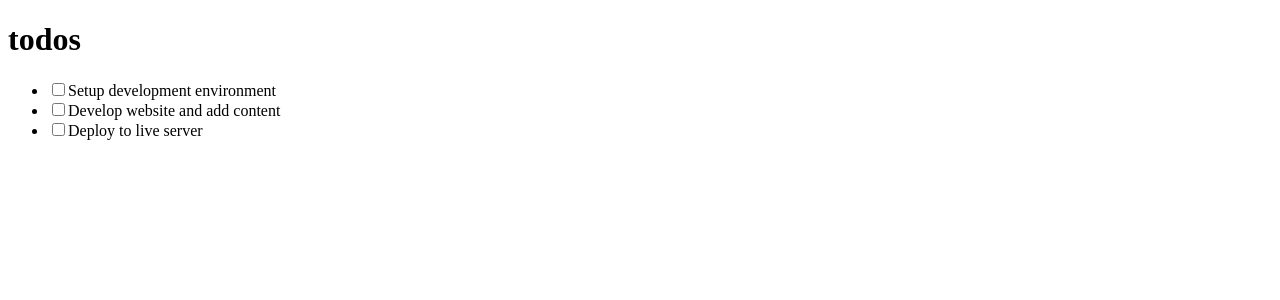
Repository: kennedyowusu/react-todo-app
Page: /
These files come from the project's save history. The page is drawn as it stood at one moment and after a run of saves; the edit follows.
The browser window is 1280 px wide. The pictures show the whole page.
The project was rebuilt for these pictures with package versions that can differ from the ones it lists, and the page was loaded fresh each time.

Above is the page before, as saved 2023-01-16 10:56:57.

### src/index.js
import React from 'react'
import ReactDOM from 'react-dom'
//component file
import TodoContainer from './components/TodoContainer'

ReactDOM.render(
  <React.StrictMode>
    <TodoContainer />
  </React.StrictMode>,
  document.getElementById('root')
)

### src/components/TodoContainer.js
import React from 'react'
import TodosList from './TodosList'
import Header from './Header'

class TodoContainer extends React.Component {

  state = {
    todos: [
      {
        id: 1,
        title: 'Setup development environment',
        completed: true,
      },
      {
        id: 2,
        title: 'Develop website and add content',
        completed: false,
      },
      {
        id: 3,
        title: 'Deploy to live server',
        completed: false,
      },
    ],
  }

  render() {
    return (
      <div>
        <Header />
        <TodosList todos={this.state.todos} />
      </div>
    )
  }
}
export default TodoContainer

### src/components/TodosList.js
import React from 'react'
import TodoItem from './TodoItem'

class TodosList extends React.Component {
  render() {
    return (
      <ul>
        {this.props.todos.map((todo) => (
          <TodoItem key={todo.id} todo={todo} />
        ))}
      </ul>
    )
  }
}

export default TodosList

### src/components/TodoItem.js
import React from 'react'

class TodoItem extends React.Component {
  render() {
   return (
     <li>
       <input type='checkbox' />
       {this.props.todo.title}
     </li>
   )
  }
}

export default TodoItem

Loaded but not shown: public/index.html (common file); src/components/Header.js (common file)

After the next 3 saves:
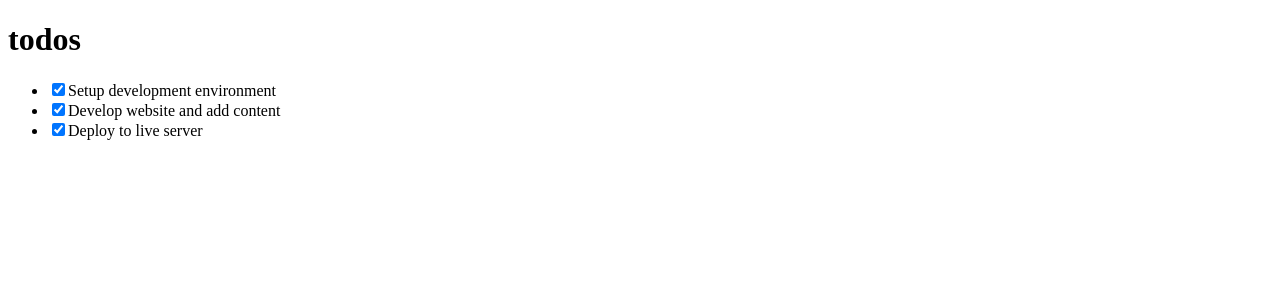
The 3 saves are shown as one change because 1 did not build or start and some came seconds apart.
The last was saved 3 min 13 s later.
--- a/src/components/TodoItem.js
+++ b/src/components/TodoItem.js
@@ -4,7 +4,7 @@ class TodoItem extends React.Component {
   render() {
    return (
      <li>
-       <input type='checkbox' />
+       <input type='checkbox' checked={this.props.todo} />
        {this.props.todo.title}
      </li>
    )
